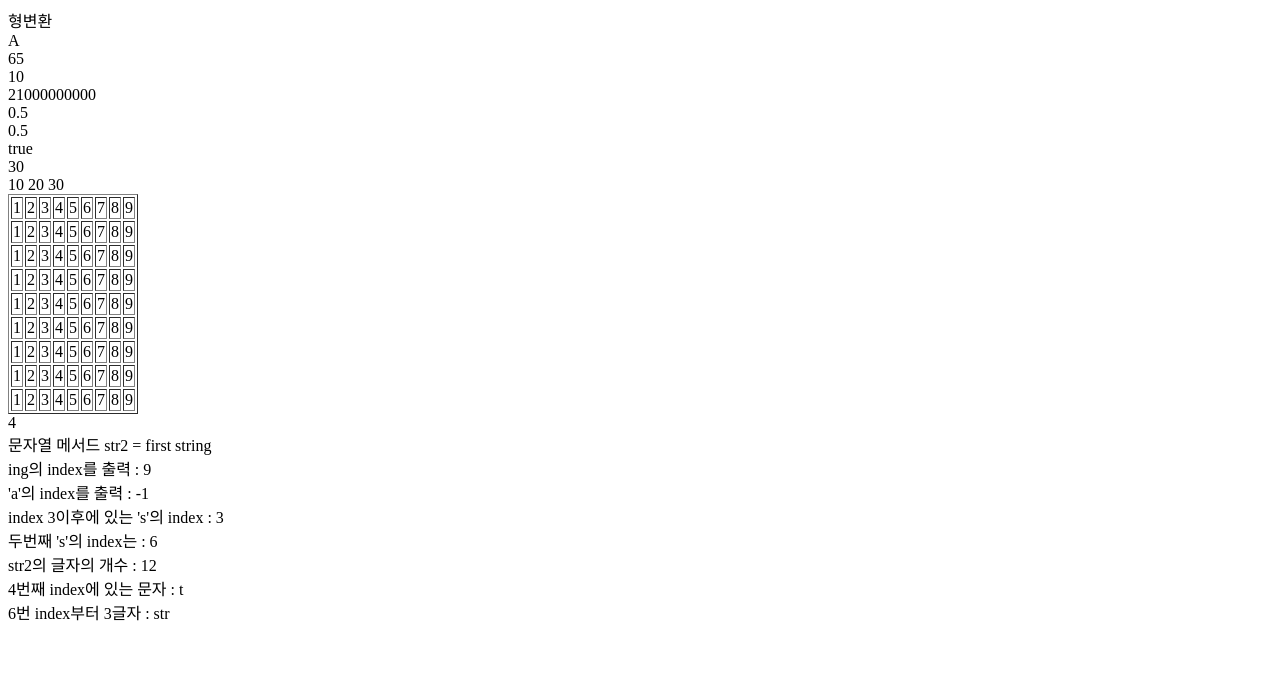
Repository: jeong3/Real_Time_Date
Page: http://localhost/jspGrammar1/Grammar1.jsp
The author's editor kept a copy of each file at every save. The page is drawn from the files as they stood at one save, then again after the next save.
The browser window is 1280 px wide. The pictures show the whole page.
The page is served by Tomcat 9.

Above is the page before, as saved 2024-08-30 05:33:26.

### eclipse/eclipse-workspace/jspGrammar1/src/main/webapp/Grammar1.jsp
<%@ page language="java" contentType="text/html; charset=UTF-8"
    pageEncoding="UTF-8"%>
<!DOCTYPE html>
<html>
<head>
<meta charset="UTF-8">
<title>Insert title here</title>
</head>
<body>
	형변환 <br />
	<%= (char)65 %><br />
	<%= (int)'A' %><br />
	<%
	int i = 10;
	out.print(i + "<br />");
	long l = 210000000;
	l = 21000000000L;
	out.print(l+"<br />");
	float f = 0.5f;
	out.print(f+"<br />");
	double d = 0.5;
	out.print(d+"<br />");
	boolean bl = true;
	out.print (bl+"<br />");
	String str = "10";
	String str1 = "20";
	out.print(Integer.parseInt(str) + Integer.parseInt(str1)+"<br />");
	Integer i1 = 10; //boxing
	i = i1; //unboxing

	//배열
	int [] arrayInt = new int[3];
	arrayInt[0] = 10;
	arrayInt[1] = 20;
	arrayInt[2] = 30;
	for(int val : arrayInt){
		out.print(val+" ");
	}

	%><br />
	<table border="1">
	<%

	int tr = 1;
	while(tr <= 9){
		out.print("<tr>");
		int td = 1;
		while(td <= 9){
			out.print("<td>"+td+"</td>");
			td++;
		}
		out.print("</tr>");
		tr++;
	}
	%>
	</table>
	<%
	int num = 12 / 3;
	switch(num){
	case 1 : out.print("1"); break;
	case 2 : out.print("2"); break;
	case 3 : out.print("3"); break;
	case 4 : out.print("4"); break;
	default : out.print("해당 숫자 없음");
	}

	%> <br />
	문자열 메서드
	<%
		String str2 = "first string";
		String str3 = "second string";
	%>
	str2 = <%= str2 %><br />
	ing의 index를 출력 : <%= str2.indexOf("ing") %><br />
	'a'의 index를 출력 : <%= str2.indexOf('a') %><br /> <!--  -1을 출력 -->
	index 3이후에 있는 's'의 index : <%= str2.indexOf('s',3) %><br />
	두번째 's'의 index는 : <%= str2.indexOf('s',str2.indexOf('s')+1) %><br />
	str2의 글자의 개수 : <%= str2.length() %><br />
	4번째 index에 있는 문자 : <%=str2.charAt(4) %><br />
	6번 index부터 3글자 : <%= str2.substring(6,9) %><br />




















</body>
</html>

After the next save:
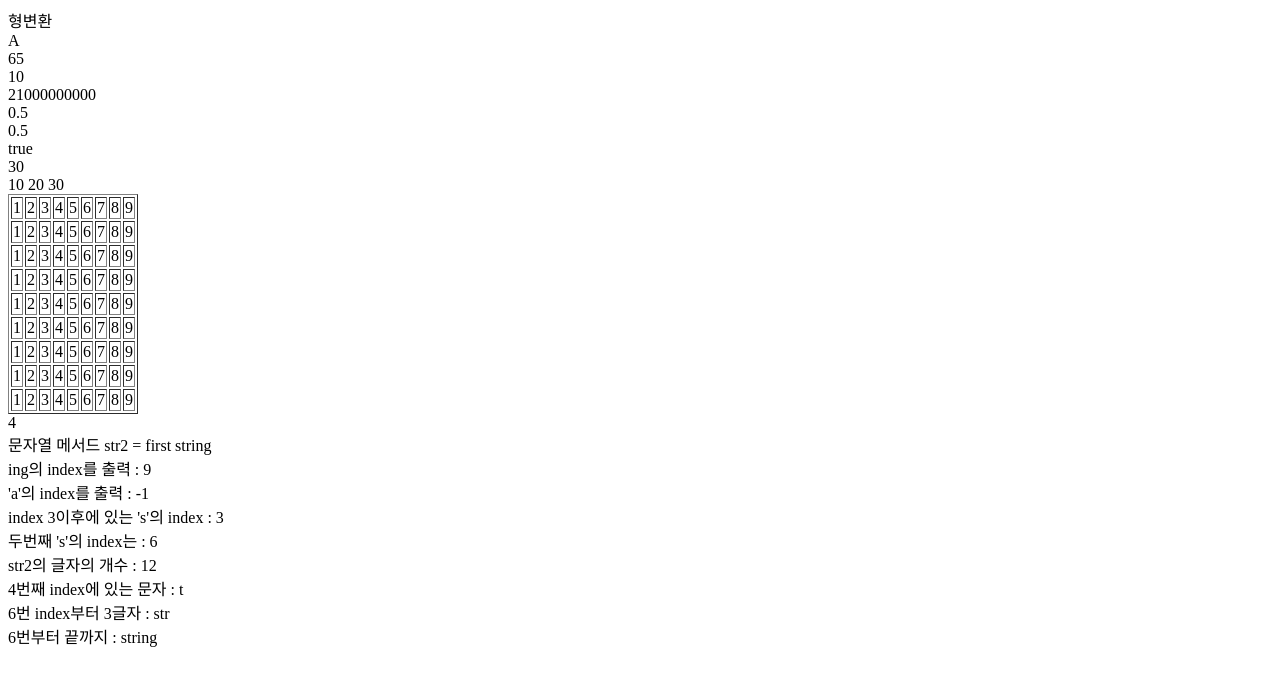
Saved 38 s later.
--- a/eclipse/eclipse-workspace/jspGrammar1/src/main/webapp/Grammar1.jsp
+++ b/eclipse/eclipse-workspace/jspGrammar1/src/main/webapp/Grammar1.jsp
@@ -78,6 +78,7 @@
 	str2의 글자의 개수 : <%= str2.length() %><br />
 	4번째 index에 있는 문자 : <%=str2.charAt(4) %><br />
 	6번 index부터 3글자 : <%= str2.substring(6,9) %><br />
+	6번부터 끝까지 : <%= str2.substring(6) %>
 
 
 
